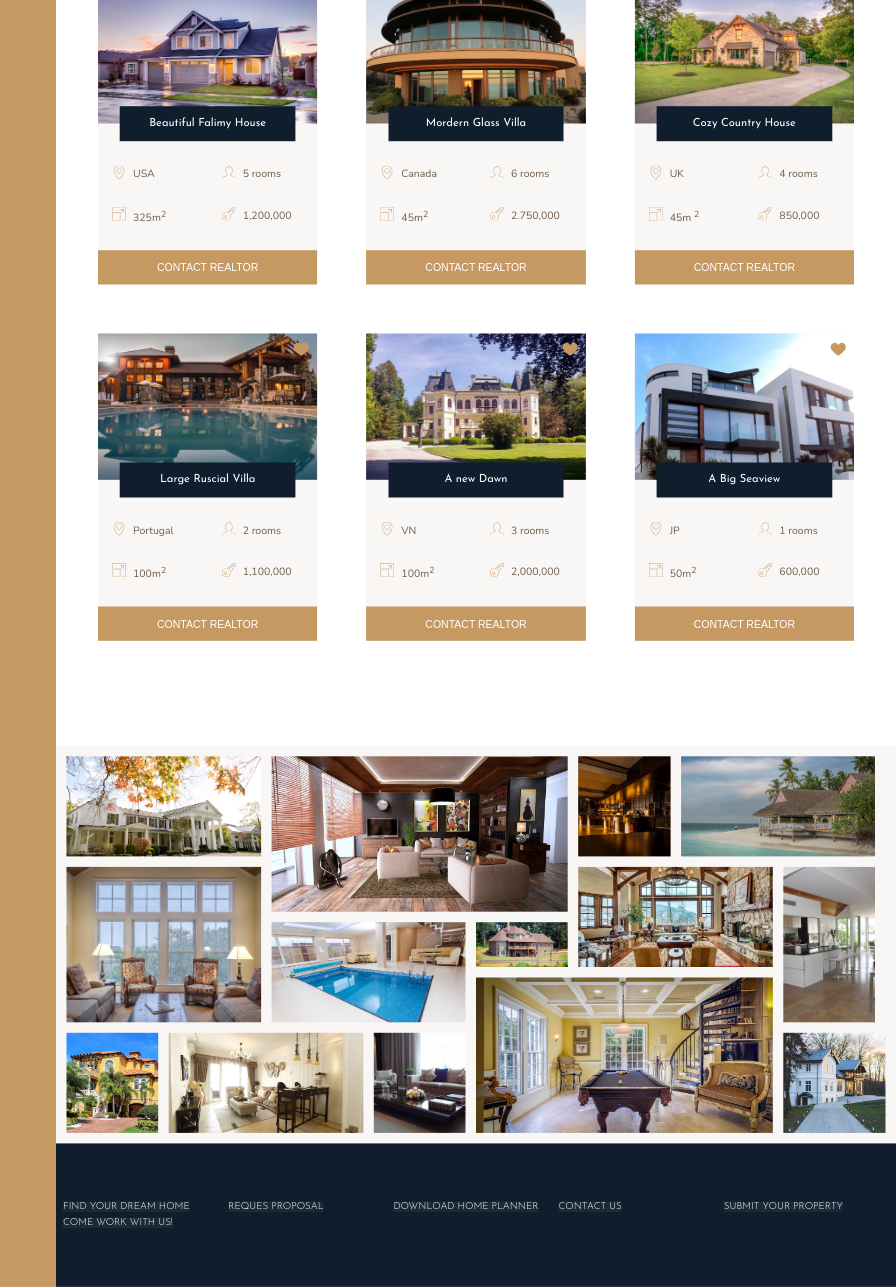
Repository: m2pd/your-home
Page: index.html
An editor plug-in stored every save of this project. The page is shown before and after the next save, followed by the edit.
The browser window is 1280 px wide. The pictures show the part of the page from y = 1939 to 3859 px (the page is 3777 px tall before and 3859 px after), at 70% of full size.
The style sheet was rebuilt from its Sass, Less or Tailwind sources for each picture, by a compiler version that may differ from the author's.

Above is the page before, as saved 2020-03-07 19:07:56.

### index.html
<!DOCTYPE html>
<html lang="en">
    <head>
        <meta charset="UTF-8">
        <meta name="viewport" content="width=device-width, initial-scale=1.0">
        <meta http-equiv="X-UA-Compatible" content="ie=edge">

        <link href="https://fonts.googleapis.com/css?family=Josefin+Sans:300,400,400i|Nunito:300,300i" rel="stylesheet">
        <link rel="stylesheet" href="css/style.css">
        <link rel="shortcut icon" type="image/png" href="img/favicon.png">

        <title>nexter &mdash; your home, your freedom</title>
    </head>
    <body class="container">

        <div class="sidebar">
            Sidebar
        </div>

        <header class="header">
            Header
        </header>

        <div class="realtors">
            3 Realtors
        </div>

        <div class="features">
            <div class="feature feature-1">
                <svg class="feature__icon">
                    <use xlink:href="img/sprite.svg#icon-global"></use>
                </svg>
                <h4 class="heading-4 heading-4--dark">World's best luxury homes</h4>
                <p class="feature__text">
                    Lorem, ipsum dolor sit amet consectetur adipisicing elit. Tenetur distinctio necessitatibus pariatur voluptatibus.
                </p>
            </div>

            <div class="feature feature-2">
                <svg class="feature__icon">
                    <use xlink:href="img/sprite.svg#icon-trophy"></use>
                </svg>
                <h4 class="heading-4 heading-4--dark">Only the best properties</h4>
                <p class="feature__text">
                    Voluptatum mollitia quae. Vero ipsum sapiente molestias accusamus rerum sed a eligendi aut quia.
                </p>
            </div>

            <div class="feature feature-3">
                <svg class="feature__icon">
                    <use xlink:href="img/sprite.svg#icon-map-pin"></use>
                </svg>
                <h4 class="heading-4 heading-4--dark">All home in top location</h4>
                <p class="feature__text">
                    Tenetur distinctio necessitatibus pariatur voluptatibus quidem consequatur harum.
                </p>
            </div>

            <div class="feature feature-4">
                <svg class="feature__icon">
                    <use xlink:href="img/sprite.svg#icon-key"></use>
                </svg>
                <h4 class="heading-4 heading-4--dark">New home in one week</h4>
                <p class="feature__text">
                    Vero ipsum sapiente molestias accusamus rerum. Lorem, ipsum dolor sit amet consectetur adipisicing elit.
                </p>
            </div>

            <div class="feature feature-5">
                <svg class="feature__icon">
                    <use xlink:href="img/sprite.svg#icon-presentation"></use>
                </svg>
                <h4 class="heading-4">Top 1% realtors</h4>
                <p class="feature__text">
                    Quidem consequatur harum, voluptatum mollitia quae. Tenetur distinctio necessitatibus pariatur voluptatibus.
                </p>
            </div>

            <div class="feature feature-6">
                <svg class="feature__icon">
                    <use xlink:href="img/sprite.svg#icon-lock"></use>
                </svg>
                <h4 class="heading-4">Secure in Payment on nexter</h4>
                <p class="feature__text">
                    Pariatur voluptatibus quidem consequatur harum, voluptatum mollitia quae.
                </p>
            </div>
        </div>

        <div class="story__pictures">
            <img src="img/story-1.jpeg" alt="Couple with new house" class="story__img--1">
            <img src="img/story-2.jpeg" alt="New house" class="story__img--2">
        </div>

        <div class="story__content">
            <h3 class="heading-3 mb-sm">Happy Customer</h3>
            <h2 class="heading-2 heading-2--dark mb-md">&ldquo;The best decsion of our live&ldquo;</h2>
            <div class="story__text">
                Lorem ipsum dolor sit amet consectetur, adipisicing elit. Asperiores ipsam aut similique cumque nesciunt accusantium perspiciatis delectus! Incidunt, debitis ipsum.
            </div>
            <button class="btn">Find your our home</button>
        </div>

        <section class="homes">
            <div class="home">
                <img src="img/house-1.jpeg" alt="House 1" class="home__img">
                <svg class="home__like">
                    <use xlink:href="img/sprite.svg#icon-heart-full"></use>
                </svg>
                <h5 class="home__name">Beautiful Falimy House</h5>
                <div class="home__location">
                    <svg>
                        <use xlink:href="img/sprite.svg#icon-map-pin"></use>
                    </svg>
                    <p>USA</p>
                </div>
                <div class="home__rooms">
                    <svg>
                        <use xlink:href="img/sprite.svg#icon-profile-male"></use>
                    </svg>
                    <p>5 rooms</p>
                </div>
                <div class="home__area">
                    <svg>
                        <use xlink:href="img/sprite.svg#icon-expand"></use>
                    </svg>
                    <p>325m<sup>2</sup></p>
                </div>
                <div class="home__price">
                    <svg>
                        <use xlink:href="img/sprite.svg#icon-key"></use>
                    </svg>
                    <p>1,200,000</p>
                </div>
                <button class="btn home__btn">Contact realtor</button>
            </div>

            <div class="home">
                <img src="img/house-2.jpeg" alt="House 2" class="home__img">
                <svg class="home__like">
                    <use xlink:href="img/sprite.svg#icon-heart-full"></use>
                </svg>
                <h5 class="home__name">Mordern Glass Villa</h5>
                <div class="home__location">
                    <svg>
                        <use xlink:href="img/sprite.svg#icon-map-pin"></use>
                    </svg>
                    <p>Canada</p>
                </div>
                <div class="home__rooms">
                    <svg>
                        <use xlink:href="img/sprite.svg#icon-profile-male"></use>
                    </svg>
                    <p>6 rooms</p>
                </div>
                <div class="home__area">
                    <svg>
                        <use xlink:href="img/sprite.svg#icon-expand"></use>
                    </svg>
                    <p>45m<sup>2</sup></p>
                </div>
                <div class="home__price">
                    <svg>
                        <use xlink:href="img/sprite.svg#icon-key"></use>
                    </svg>
                    <p>2.750,000</p>
                </div>
                <button class="btn home__btn">Contact realtor</button>
            </div>

            <div class="home">
                <img src="img/house-3.jpeg" alt="House 3" class="home__img">
                <svg class="home__like">
                    <use xlink:href="img/sprite.svg#icon-heart-full"></use>
                </svg>
                <h5 class="home__name">Cozy Country House</h5>
                <div class="home__location">
                    <svg>
                        <use xlink:href="img/sprite.svg#icon-map-pin"></use>
                    </svg>
                    <p>UK</p>
                </div>
                <div class="home__rooms">
                    <svg>
                        <use xlink:href="img/sprite.svg#icon-profile-male"></use>
                    </svg>
                    <p>4 rooms</p>
                </div>
                <div class="home__area">
                    <svg>
                        <use xlink:href="img/sprite.svg#icon-expand"></use>
                    </svg>
                    <p>45m <sup>2</sup></p>
                </div>
                <div class="home__price">
                    <svg>
                        <use xlink:href="img/sprite.svg#icon-key"></use>
                    </svg>
                    <p>850,000</p>
                </div>
                <button class="btn home__btn">Contact realtor</button>
            </div>

            <div class="home">
                <img src="img/house-4.jpeg" alt="House 4" class="home__img">
                <svg class="home__like">
                    <use xlink:href="img/sprite.svg#icon-heart-full"></use>
                </svg>
                <h5 class="home__name">Large Ruscial Villa</h5>
                <div class="home__location">
                    <svg>
                        <use xlink:href="img/sprite.svg#icon-map-pin"></use>
                    </svg>
                    <p>Portugal</p>
                </div>
                <div class="home__rooms">
                    <svg>
                        <use xlink:href="img/sprite.svg#icon-profile-male"></use>
                    </svg>
                    <p>2 rooms</p>
                </div>
                <div class="home__area">
                    <svg>
                        <use xlink:href="img/sprite.svg#icon-expand"></use>
                    </svg>
                    <p>100m<sup>2</sup></p>
                </div>
                <div class="home__price">
                    <svg>
                        <use xlink:href="img/sprite.svg#icon-key"></use>
                    </svg>
                    <p>1,100,000</p>
                </div>
                <button class="btn home__btn">Contact realtor</button>
            </div>

            <div class="home">
                <img src="img/house-5.jpeg" alt="House 5" class="home__img">
                <svg class="home__like">
                    <use xlink:href="img/sprite.svg#icon-heart-full"></use>
                </svg>
                <h5 class="home__name">A new Dawn</h5>
                <div class="home__location">
                    <svg>
                        <use xlink:href="img/sprite.svg#icon-map-pin"></use>
                    </svg>
                    <p>VN</p>
                </div>
                <div class="home__rooms">
                    <svg>
                        <use xlink:href="img/sprite.svg#icon-profile-male"></use>
                    </svg>
                    <p>3 rooms</p>
                </div>
                <div class="home__area">
                    <svg>
                        <use xlink:href="img/sprite.svg#icon-expand"></use>
                    </svg>
                    <p>100m<sup>2</sup></p>
                </div>
                <div class="home__price">
                    <svg>
                        <use xlink:href="img/sprite.svg#icon-key"></use>
                    </svg>
                    <p>2,000,000</p>
                </div>
                <button class="btn home__btn">Contact realtor</button>
            </div>

            <div class="home">
                <img src="img/house-6.jpeg" alt="House 6" class="home__img">
                <svg class="home__like">
                    <use xlink:href="img/sprite.svg#icon-heart-full"></use>
                </svg>
                <h5 class="home__name">A Big Seaview</h5>
                <div class="home__location">
                    <svg>
                        <use xlink:href="img/sprite.svg#icon-map-pin"></use>
                    </svg>
                    <p>JP</p>
                </div>
                <div class="home__rooms">
                    <svg>
                        <use xlink:href="img/sprite.svg#icon-profile-male"></use>
                    </svg>
                    <p>1 rooms</p>
                </div>
                <div class="home__area">
                    <svg>
                        <use xlink:href="img/sprite.svg#icon-expand"></use>
                    </svg>
                    <p>50m<sup>2</sup></p>
                </div>
                <div class="home__price">
                    <svg>
                        <use xlink:href="img/sprite.svg#icon-key"></use>
                    </svg>
                    <p>600,000</p>
                </div>
                <button class="btn home__btn">Contact realtor</button>
            </div>
        </section>

        <section class="gallery">
            <figure class="gallery__item gallery__item--1">
                <img src="img/gal-1.jpeg" alt="Gallery Image 1" class="gallery__img">
            </figure>
            <figure class="gallery__item gallery__item--2">
                <img src="img/gal-2.jpeg" alt="Gallery Image 2" class="gallery__img">
            </figure>
            <figure class="gallery__item gallery__item--3">
                <img src="img/gal-3.jpeg" alt="Gallery Image 3" class="gallery__img">
            </figure>
            <figure class="gallery__item gallery__item--4">
                <img src="img/gal-4.jpeg" alt="Gallery Image 4" class="gallery__img">
            </figure>
            <figure class="gallery__item gallery__item--5">
                <img src="img/gal-5.jpeg" alt="Gallery Image 5" class="gallery__img">
            </figure>
            <figure class="gallery__item gallery__item--6">
                <img src="img/gal-6.jpeg" alt="Gallery Image 6" class="gallery__img">
            </figure>
            <figure class="gallery__item gallery__item--7">
                <img src="img/gal-7.jpeg" alt="Gallery Image 7" class="gallery__img">
            </figure>
            <figure class="gallery__item gallery__item--8">
                <img src="img/gal-8.jpeg" alt="Gallery Image 8" class="gallery__img">
            </figure>
            <figure class="gallery__item gallery__item--9">
                <img src="img/gal-9.jpeg" alt="Gallery Image 9" class="gallery__img">
            </figure>
            <figure class="gallery__item gallery__item--10">
                <img src="img/gal-10.jpeg" alt="Gallery Image 10" class="gallery__img">
            </figure>
            <figure class="gallery__item gallery__item--11">
                <img src="img/gal-11.jpeg" alt="Gallery Image 11" class="gallery__img">
            </figure>
            <figure class="gallery__item gallery__item--12">
                <img src="img/gal-12.jpeg" alt="Gallery Image 12" class="gallery__img">
            </figure>
            <figure class="gallery__item gallery__item--13">
                <img src="img/gal-13.jpeg" alt="Gallery Image 13" class="gallery__img">
            </figure>
            <figure class="gallery__item gallery__item--14">
                <img src="img/gal-14.jpeg" alt="Gallery Image 14" class="gallery__img">
            </figure>
            <!-- <img src="img/gal-2.jpeg" alt="Gallery Image 2" class="gallery__img"> -->
        </section>

        <footer class="footer">
            <nav class="nav">
                <li class="nav__item"><a href="#" class="nav__link">Find your dream home</a></li>
                <li class="nav__item"><a href="#" class="nav__link">Reques proposal</a></li>
                <li class="nav__item"><a href="#" class="nav__link">Download home planner</a></li>
                <li class="nav__item"><a href="#" class="nav__link">Contact us</a></li>
                <li class="nav__item"><a href="#" class="nav__link">Submit your property</a></li>
                <li class="nav__item"><a href="#" class="nav__link">Come work with us!</a></li>
            </nav>
        </footer>

    </body>
</html>

### sass/_base.scss
// COLOR VARIABLES
$color-primary: #c69963;
$color-primary-dark: #B28451;

$color-secondary: #101d2c;

$color-grey-light-1: #f9f7f6;
$color-grey-light-2: #aaa;

$color-grey-dark-1: #54483A;
$color-grey-dark-2: #6D5D4B;

// FONT VARIABLES
$font-primary: 'Nunito', sans-serif;
$font-display: 'Josefin Sans', sans-serif;


*,
*::before,
*::after{
    margin:0;
    padding:0;
    box-sizing: inherit;
}

html{
    font-size:62.5%;
    box-sizing: border-box;
}

body{
    font-family: $font-primary;
    color: $color-grey-dark-2;
    font-weight: 300;
    line-height: 1.6;
}

.container{
    display: grid;
    grid-template-rows: 80vh min-content 40vw repeat(3, min-content);
    grid-template-columns:[sidebar-start] 8rem [sidebar-end full-start] minmax(6rem, 1fr) [center-start] repeat(8, [col-start] minmax(min-content, 14rem) [col-end]) [center-end] minmax(6rem, 1fr) [full-end];

}

### sass/_typography.scss
%heading {
  font-family: $font-display;
  font-weight: 400;
}

.heading-1 {
  @extend %heading;
}

.heading-2 {
  @extend %heading;
  font-size: 4rem;
  font-style: italic;
  line-height: 1;

  &--light{ color: $color-grey-light-1;}
  &--dark{ color: $color-grey-dark-1;}
}

.heading-3 {
  @extend %heading;

  font-size: 1.6rem;
  color: $color-primary;
  text-transform: uppercase;

}

.heading-4 {
  @extend %heading;
  font-size: 1.9rem;

  &--light{ color: $color-grey-light-1;}
  &--dark{ color: $color-grey-dark-1;}

}

.btn{
    background-color: $color-primary;
    color: #fff;
    font-size: 1.5rem;
    border: none;
    border-radius: none;
    padding: 1.6rem  3rem;
    text-transform: uppercase;
    cursor: pointer;
    transition: all .2s;

    &:hover{
      background-color: $color-primary-dark;
    }
}

.mb-sm{ margin-bottom: 2rem; }
.mb-md{ margin-bottom: 3rem; }
.mb-lg{ margin-bottom: 4rem; }
.mb-hg{ margin-bottom: 8rem; }

### sass/_features.scss
.features{
    grid-column: center-start /  center-end;

    margin: 15rem 0;
    display: grid;
    // grid-template-columns: repeat(3, 1fr);
    grid-template-columns: repeat(auto-fit, minmax(25rem, 1fr));
    grid-gap: 6rem;
}

.feature{
    display: grid;
    grid-template-columns: min-content 1fr;
    grid-column-gap: 2.5rem;
    grid-row-gap: 1.5rem;

    align-items: start;

    &__icon{
        fill: $color-primary;
        width:4.5rem;
        height:4.5rem;

        grid-row: 1 / span 2;
    }

    &__text{
        font-size: 1.7rem;
    }
}

### sass/_story.scss
.story{
    &__pictures{
        background-color: $color-primary;
        grid-column: full-start / col-end 4;
        background-image:linear-gradient(rgba($color-primary,.5), rgba($color-primary, .5)),
                         url(../img/back.jpg);

        display: grid;
        grid-template-columns: repeat(6, 1fr);
        grid-template-rows: repeat(6, 1fr);
        align-items:center ;
    }

    &__img--1{
        width: 100%;
        grid-column: 2 / 6;
        grid-row: 2 / 6;
        box-shadow: 0 2rem 5rem rgba(#000, .1);
    }

    &__img--2{
        width: 115%;
        grid-column: 4 / 7;
        grid-row: 4 / 6;
        z-index: 20;
        box-shadow: 0 2rem 5rem rgba(#000, .1);

    }

    &__content{
        background-color: $color-grey-light-1;
        grid-column: col-start 5 / full-end;

        padding: 6rem 8vw;

        // display: flex;
        // flex-direction: column;
        // justify-content: center;
        // align-items: flex-start;

        display: grid;
        align-content: center;
        justify-items: start;
    }

    &__text{
        font-size: 1.5rem;
        font-style: italic;
        margin-bottom: 4rem;


    }
}

### sass/_homes.scss
.homes{
    grid-column: center-start / center-end;
    margin: 15rem 0;

    display: grid;
    grid-template-columns: repeat(auto-fit, minmax(25rem, 1fr));
    grid-gap: 7rem;
}

.home{
    background-color:  $color-grey-light-1;

    display: grid;
    grid-template-columns: repeat(2, 1fr);
    grid-row-gap: 3.5rem;

    &__img{
        width: 100%;
        grid-row: 1/ 2;
        grid-column: 1/ -1;
        z-index: 1;
    }

    &__like{
        grid-row: 1/ 2;
        grid-column: 2/ 3;
        fill: $color-primary;
        width: 2.5rem;
        height: 2.5rem;
        z-index: 2;
        justify-self: end;
        margin: 1rem;

    }

    &__name{
        grid-column: 1/ -1;
        grid-row: 1 / 2;

        width: 80%;
        align-self: end;
        justify-self: center;
        font-family: $font-display;
        font-size: 1.6rem;
        font-weight: 400;
        text-align: center;
        background-color: $color-secondary;
        color:#fff;
        padding: 1.25rem;
        z-index: 2;
        transform: translateY(50%);
    }

    &__location,
    &__rooms{
        margin-top: 2.5rem;
    }

    &__location,
    &__rooms,
    &__area,
    &__price{
        font-size: 1.5rem;
        margin-left: 2rem;

        display: flex;
        align-content: center;
        svg{
            fill: $color-primary;
            width: 2rem;
            height: 2rem;

            margin-right: 1rem;
        }
    }

    &__btn{
        grid-column: 1/ -1;
    }
}

### sass/_gallery.scss
.gallery{
    background-color: $color-grey-light-1;
    grid-column: full-start / full-end;

    display: grid;
    grid-template-columns: repeat(8, 1fr);
    grid-template-rows: repeat(7, 5vw);
    grid-gap: 1.5rem;
    padding: 1.5rem;


    &__item{
        &--1{
            grid-row:1 / span 2;
            grid-column: 1 / span 2;
        }

        &--2{
            grid-row:1 / span 3;
            grid-column: 3 / span 3;
        }

        &--3{
            grid-row:1 / span 2;
            grid-column: 6 / span 1;
        }

        &--4{
            grid-row:1 / span 2;
            grid-column: 7 / span 2;
        }

        &--5{
            grid-row:3 / span 3;
            grid-column: 1 / span 2;
        }

        &--6{
            grid-row:4 / span 2;
            grid-column: 3 / span 2;
        }

        &--7{
            grid-row:4 / span 1;
            grid-column: 5 / span 1;
        }

        &--8{
            grid-row:3 / span 2;
            grid-column: 6 / span 2;
        }

        &--9{
            grid-row:3 / span 3;
            grid-column: 8 / span 1;
        }

        &--10{
            grid-row:6 / span 2;
            grid-column: 1 / span 1;
        }

        &--11{
            grid-row:6 / span 2;
            grid-column: 2 / span 2;
        }

        &--12{
            grid-row:6 / span 2;
            grid-column: 4 / span 1;
        }

        &--13{
            grid-row:5 / span 3;
            grid-column: 5 / span 3;
        }

        &--14{
            grid-row:6 / span 2;
            grid-column: 8 / span 2;
        }
    }

    &__img{
        width:100%;
        height: 100%;
        object-fit: cover;
        display: block;
    }
}

### sass/_footer.scss
.footer{
    background-color: $color-secondary;
    grid-column: full-start / full-end;
    padding: 8rem 1rem;
}

.nav{
    list-style: none;
    display: grid;
    grid-template-columns: repeat(auto-fit, minmax(20rem, 1fr));

    &__link:link,
    &__link:visited{
        font-size: 1.4rem;
        color: #fff;
        text-decoration: none;
        text-transform: uppercase;
        text-align: center;
        font-family: $font-display;

        background-color: rgba(#fff, .05);
    }
}

Loaded but not shown: sass/main.scss (common file); sass/_sidebar.scss (common file); sass/_header.scss (common file); sass/_realtors.scss (common file)

After the next save:
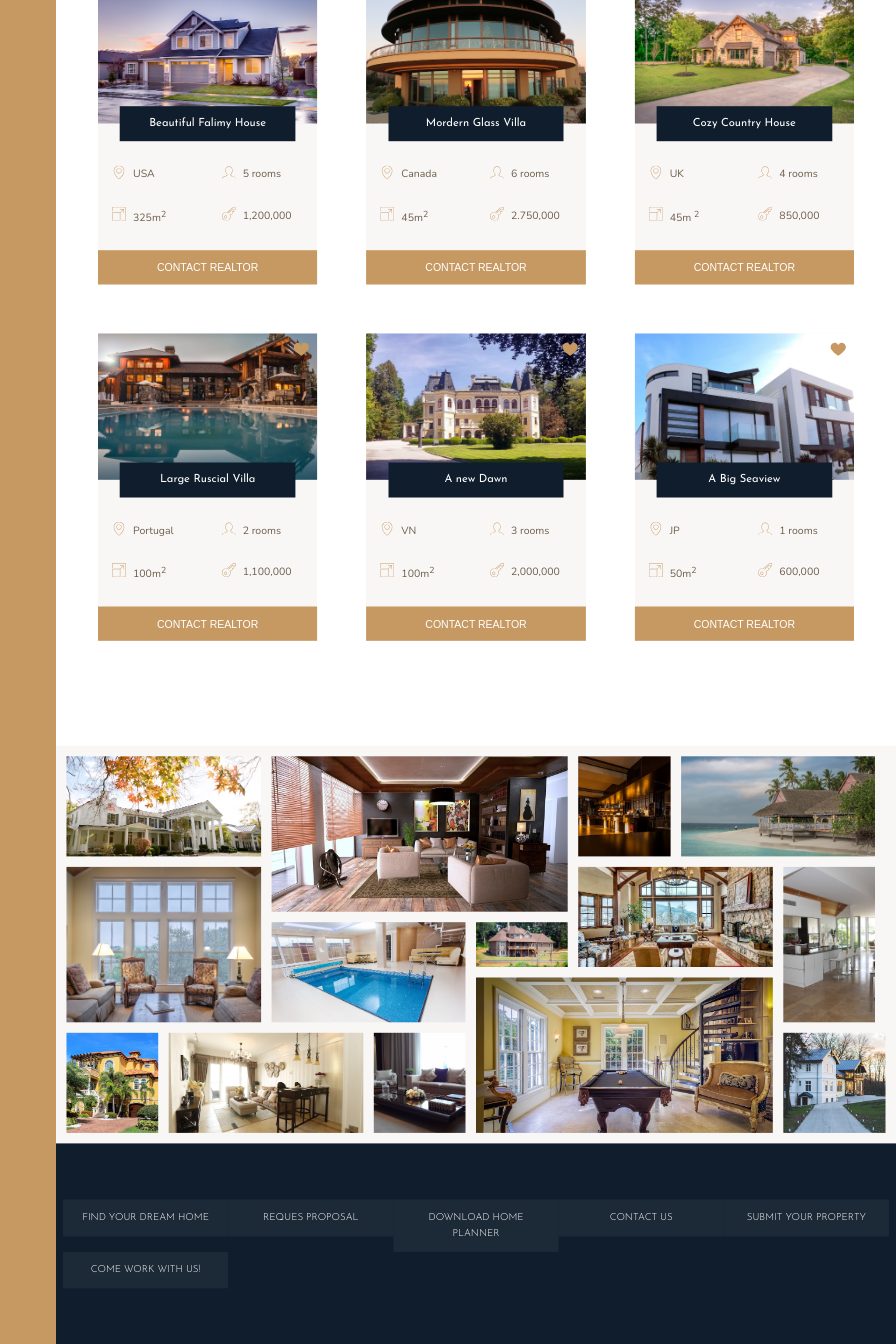
Saved 70 s later.
--- a/sass/_footer.scss
+++ b/sass/_footer.scss
@@ -17,6 +17,8 @@
         text-transform: uppercase;
         text-align: center;
         font-family: $font-display;
+        padding: 1.5rem;
+        display: block;
 
         background-color: rgba(#fff, .05);
     }
